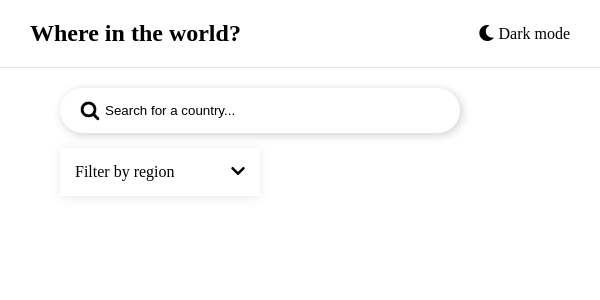
Repository: Eugene44-hub/countryProj
Page: index.html
The author's editor kept a copy of each file at every save. The page is drawn from the files as they stood at one save, then again after a run of saves.
The browser window is 600 px wide. The pictures show the whole page.
The page's requests for data from a server got no answer.

Above is the page before, as saved 2021-10-10 21:07:16.

After the next 3 saves:
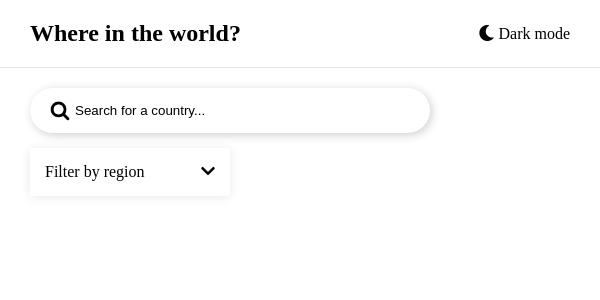
The 3 saves are shown as one change because they came seconds apart.
The last was saved 19 s later.
--- a/style.css
+++ b/style.css
@@ -174,6 +174,9 @@ li,
     header {
         width: 90%;
     }
+    .container {
+        width: 90%;
+    }
 }
 
 
